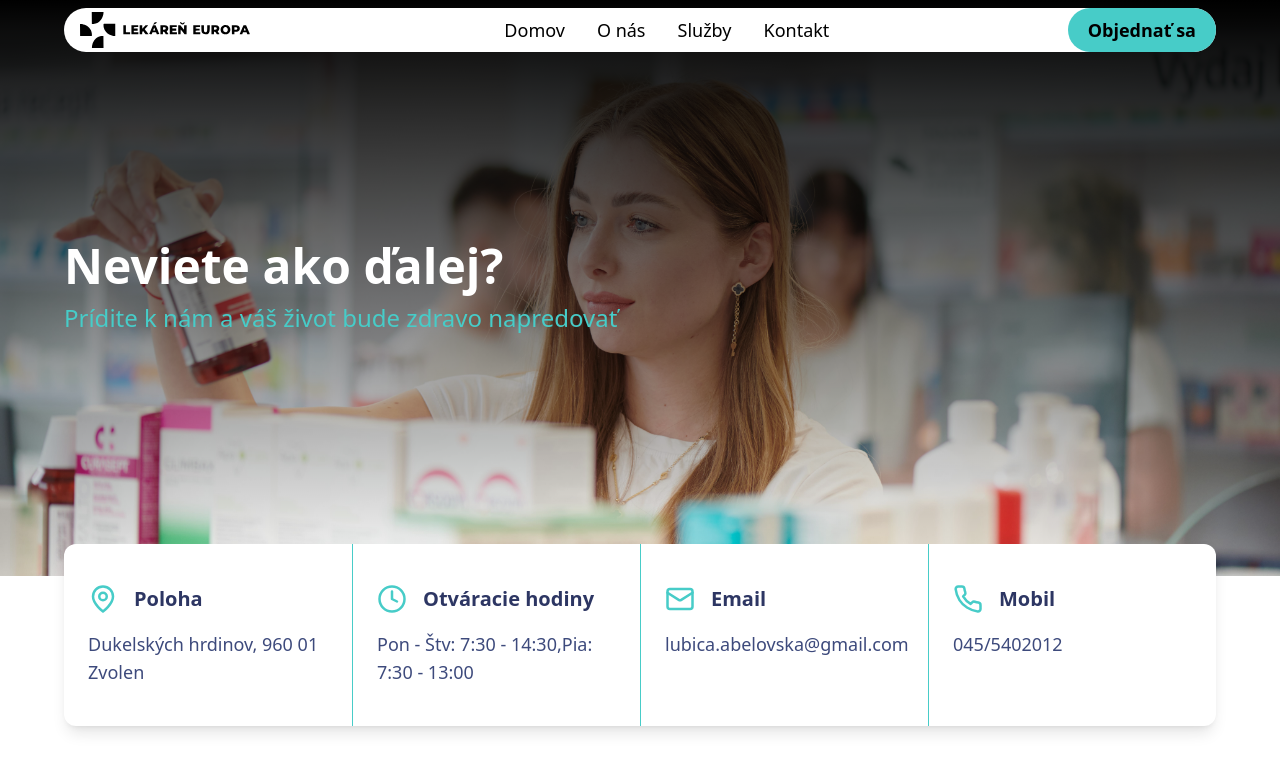
Repository: SimonSkoda13/Lekaren
Page: /
An editor plug-in stored every save of this project. The page is shown before and after the next save, followed by the edit.
The browser window is 1280 px wide. The pictures show the whole page.
The project was rebuilt for these pictures with package versions that can differ from the ones it lists, and the page was loaded fresh each time. The framework's server and built-in components were replaced by stand-ins that run in the browser. Also part of the build but not shown: next.config.js.

Above is the page before, as saved 2023-04-22 19:50:03.

### src/app/layout.tsx
import { Header } from "./components/Header/Header";
import "./globals.css";
import { Poppins } from "next/font/google";

export const metadata = {
  title: "Create Next App",
  description: "Generated by create next app",
};

export default function RootLayout({
  children,
}: {
  children: React.ReactNode;
}) {
  return (
    <html lang="en">
      <body className="bg-white min-h-[100vh]">
        <Header />
        <main>{children}</main>
        <footer></footer>
      </body>
    </html>
  );
}

### src/app/page.tsx
import Image from "next/image";
import { Inter } from "next/font/google";
import { HomeHero } from "./components/HomeHero/HomeHero";
import { Contact } from "./components/Contact/Contact";
import { Phone, MapPin, Clock4, Mail } from "lucide-react";

const inter = Inter({ subsets: ["latin"] });

// page with

export default function Home() {
  return (
    <>
      <HomeHero
        title={"Neviete ako ďalej?"}
        image={"/homeBanner.jpg"}
        description={"Prídite k nám a váš život bude zdravo napredovať"}
      />
      <Contact
        items={[
          {
            title: "Poloha",
            link: "https://goo.gl/maps/L5p9gij7kJ6iXfnA9",
            description: "Dukelských hrdinov, 960 01 Zvolen",
            icon: <MapPin size={30} className="stroke-primary" />,
          },
          {
            title: "Otváracie hodiny",
            link: "https://goo.gl/maps/L5p9gij7kJ6iXfnA9",
            description: "Pon - Štv:  7:30 - 14:30,Pia: 7:30 - 13:00",
            icon: <Clock4 size={30} className="stroke-primary" />,
          },
          {
            title: "Email",
            link: "mailto:lubica.abelovska@gmail.com",
            description: "lubica.abelovska@gmail.com",
            icon: <Mail size={30} className="stroke-primary" />,
          },
          {
            title: "Mobil",
            description: "045/5402012",
            link: "tel:045/5402012",
            icon: <Phone size={30} className="stroke-primary" />,
          },
        ]}
      />
    </>
  );
}

### src/app/components/Header/Header.tsx
import Link from "next/link";
import React from "react";

export interface HeaderProps {}

export const Header = (props: HeaderProps) => {
  const {} = props;
  return (
    <header className="cntn fixed w-full top-2 z-10">
      <div className="flex bg-white rounded-full ">
        {/* logo */}
        <div className="flex justify-center items-center px-4">
          <img src="/logoHeader.svg" alt="logo" className="w-[170px]" />
        </div>
        {/* nav */}
        <div className="py-2 px-4 flex gap-8 items-center mx-auto text-lg font-medium">
          <Link href="/">Domov</Link>
          <Link href="/onas">O nás</Link>
          <Link href="/sluzby">Služby</Link>
          <Link href="/kontakt">Kontakt</Link>
        </div>
        {/* button order self */}
        <div className="flex justify-center items-center px-5 p-0 bg-primary rounded-full text-lg font-bold">
          <Link href="/order">Objednať sa</Link>
        </div>
      </div>
    </header>
  );
};

### src/app/globals.css
@tailwind base;
@tailwind components;
@tailwind utilities;

@layer components {
  .cntn {
    @apply mx-auto px-4  max-w-screen-xl md:px-16;
  }
}

### src/app/components/HomeHero/HomeHero.tsx
import Image from "next/image";
import React from "react";
import { ImageGradient } from "./ImageGradient/ImageGradient";

export interface HomeHeroProps {
  title: string;
  image: string;
  description: string;
}

export const HomeHero = (props: HomeHeroProps) => {
  const { title, image, description } = props;
  return (
    <section className="relative h-[80vh] z-0 px-0">
      <div className="w-full h-full absolute left-0 top-0 ">
        {/* make filter for image to odd brightness from top biggest to bottom lowest */}
        <ImageGradient>
          <Image
            src={image}
            alt="Next.js logo"
            fill
            style={{
              objectFit: "cover",
              objectPosition: "center",
            }}
          />
        </ImageGradient>
      </div>
      <div className="cntn relative gap-3 h-full flex justify-center flex-wrap flex-col z-10">
        <h1 className="text-5xl font-bold text-white">{title}</h1>
        <p className="text-2xl text-primary">{description}</p>
      </div>
    </section>
  );
};

### src/app/components/Contact/Contact.tsx
import { Phone } from "lucide-react";
import { Url } from "next/dist/shared/lib/router/router";
import Image from "next/image";
import Link from "next/link";
import React, { ReactNode } from "react";

export interface ContactProps {
  items?: {
    title: string;
    description: string;
    icon: ReactNode;
    link?: string;
  }[];
}

export const Contact = (props: ContactProps) => {
  const { items } = props;
  return (
    <section className="cntn z-10 relative top-[-2rem]">
      <div className="w-full h-full grid grid-cols-2 md:grid-cols-4 items-start bg-white rounded-xl shadow-lg divide-x divide-primary">
        {items?.map((item) => (
          <Link href={item?.link as Url} className="h-full">
            <div className="flex flex-col items-start gap-4 p-6 py-10">
              <div className="flex w-full flex-row gap-4 items-center">
                {item.icon}
                <h2 className="text-xl font-bold text-secondary">
                  {item.title}
                </h2>
              </div>
              <p className="text-lg font-medium text-secondary-light">
                {item.description}
              </p>
            </div>
          </Link>
        ))}
      </div>
    </section>
  );
};

### src/app/components/HomeHero/ImageGradient/ImageGradient.tsx
import React from "react";

export interface ImageGradientProps {
  children: React.ReactNode;
}

export const ImageGradient = (props: ImageGradientProps) => {
  const { children } = props;
  return (
    <div className="relative w-full h-full overflow-hidden z-10">
      <div className="absolute inset-0 z-10 bg-gradient-to-b from-black"></div>
      {children}
    </div>
  );
};

### tailwind.config.js
/** @type {import('tailwindcss').Config} */
module.exports = {
  content: [
    "./src/pages/**/*.{js,ts,jsx,tsx,mdx}",
    "./src/components/**/*.{js,ts,jsx,tsx,mdx}",
    "./src/app/**/*.{js,ts,jsx,tsx,mdx}",
  ],
  theme: {
    extend: {
      colors: {
        primary: "#47CCC8",
        secondary: "#2D3663",
        "secondary-light": "#3D4A7C",
      },
    },
  },
  plugins: [],
};

After the next save:
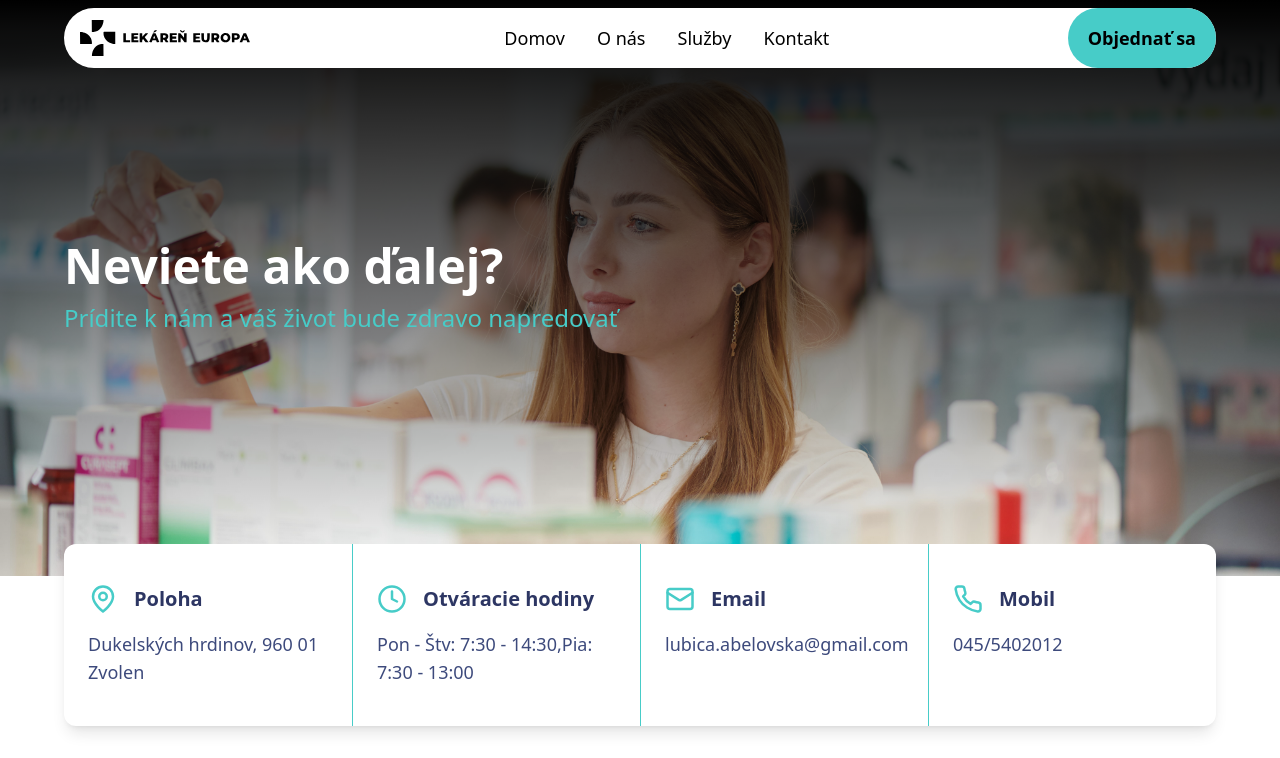
Saved 38 s later.
--- a/src/app/components/Header/Header.tsx
+++ b/src/app/components/Header/Header.tsx
@@ -13,7 +13,7 @@ export const Header = (props: HeaderProps) => {
           <img src="/logoHeader.svg" alt="logo" className="w-[170px]" />
         </div>
         {/* nav */}
-        <div className="py-2 px-4 flex gap-8 items-center mx-auto text-lg font-medium">
+        <div className="py-4 px-4 flex gap-8 items-center mx-auto text-lg font-medium">
           <Link href="/">Domov</Link>
           <Link href="/onas">O nás</Link>
           <Link href="/sluzby">Služby</Link>
